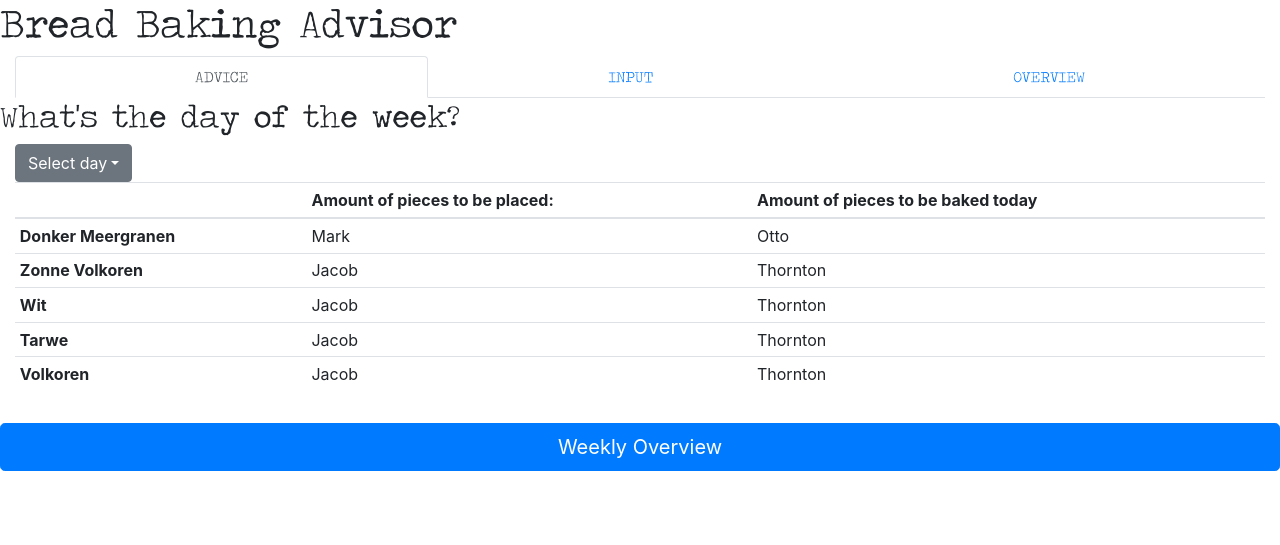
Repository: MarthGimenzo/bread-baking-advisor
Page: index.html
The author's editor kept a record of every edit. The page is drawn from the files as they stood at one moment, then again after the next edit.
The browser window is 1280 px wide. The pictures show the whole page.

Above is the page before.

After the next edit:
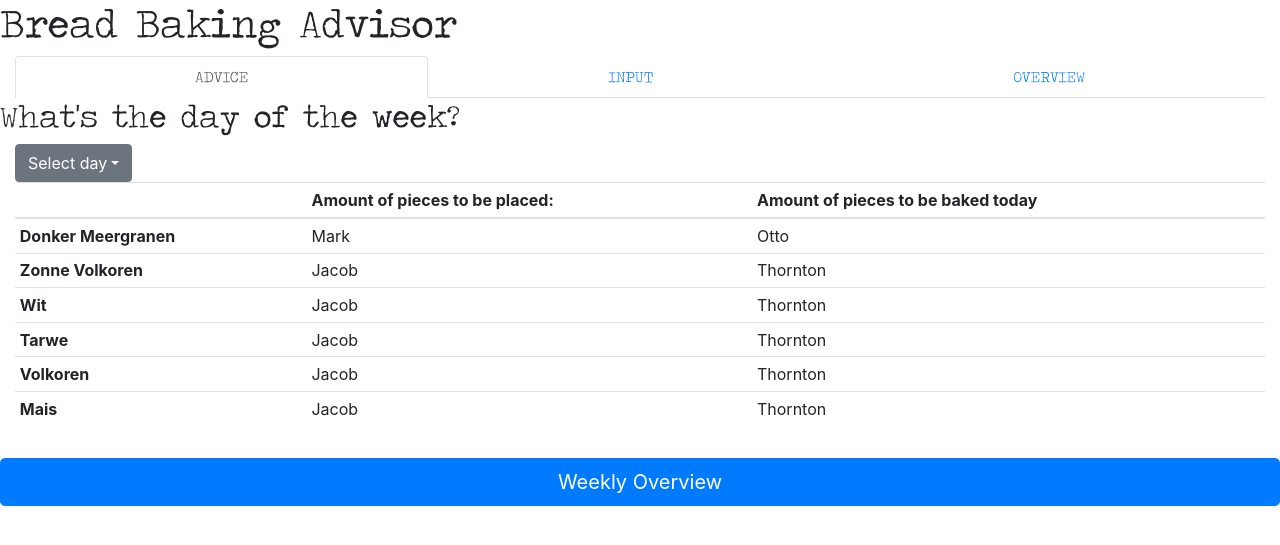
The edit:
--- a/index.html
+++ b/index.html
@@ -79,6 +79,11 @@
                     <td>Jacob</td>
                     <td>Thornton</td>
                 </tr>
+                <tr>
+                    <th scope="row">Mais</th>
+                    <td>Jacob</td>
+                    <td>Thornton</td>
+                </tr>
             </tbody>
         </table>
     </div>
